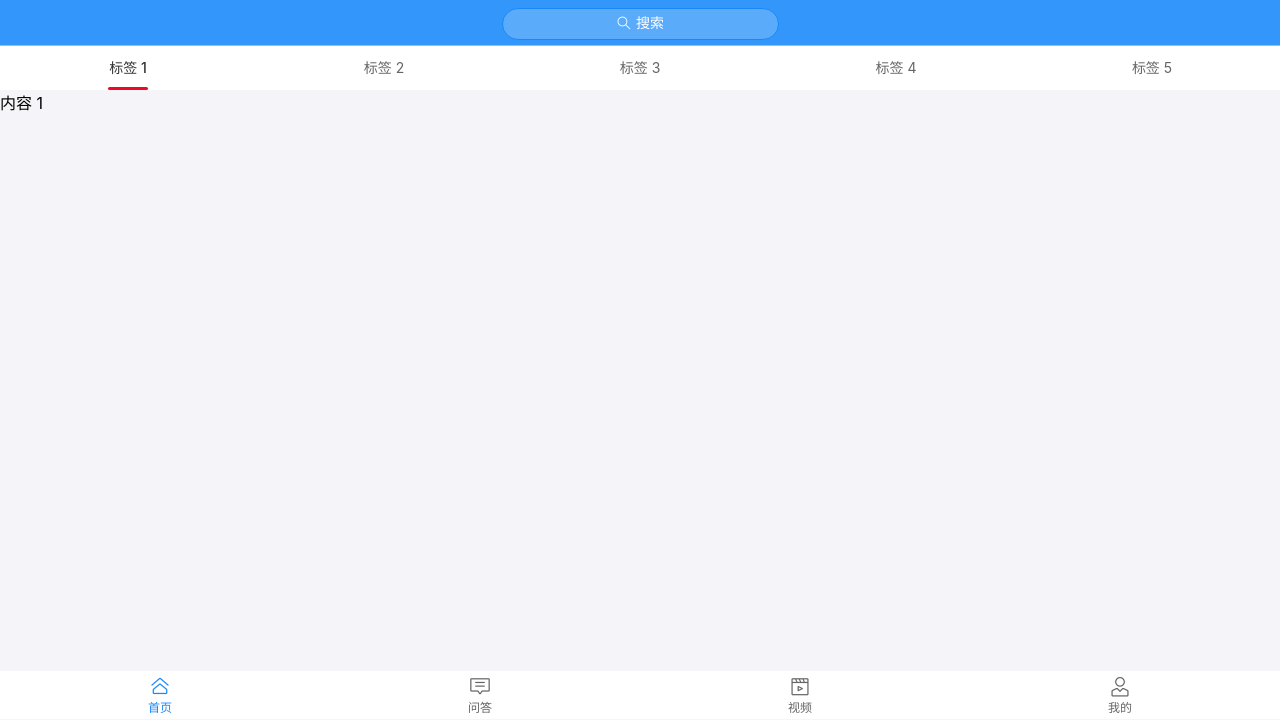
Repository: xn-lb/toutiao-mb
Page: /
An editor plug-in stored every save of this project. The page is shown before and after the next save, followed by the edit.
The browser window is 1280 px wide. The pictures show the whole page.
The project was rebuilt for these pictures with package versions that can differ from the ones it lists, and the page was loaded fresh each time. Also part of the build but not shown: vue.config.js.

Above is the page before, as saved 2023-04-08 22:04:27.

### src/main.js
import Vue from 'vue'
import App from './App.vue'
import router from './router'
import store from './store'
// 加载全局样式
import './styles/index.less'
import Vant from 'vant' //加载Vant 组件库

import 'amfe-flexible' //加载动态设置  rem 基准值

Vue.use(Vant); //注册使用组件库

import 'vant/lib/index.css' //加载全局样式

Vue.config.productionTip = false

new Vue({
    router,
    store,
    render: h => h(App)
}).$mount('#app')

### src/App.vue
<template>
  <div id="app">
  <!-- 路由的出口 -->
    <router-view></router-view>



  </div>
</template>
<script>
export default {
  name: 'APP'
}
</script>
<style lang="less">

</style>

### src/router/index.js
import Vue from 'vue'
import VueRouter from 'vue-router'



Vue.use(VueRouter)

// 路由表
const routes = [{
        path: '/login',
        name: 'LoginIndex',
        component: () =>
            import ('@/views/login')
    },
    {
        path: '/',
        component: () =>
            import ('@/views/layout/'),
        children: [{
                path: '/qa',
                name: 'qa',
                component: () =>
                    import ('@/views/qa/')
            },
            {
                path: '/video',
                name: 'video',
                component: () =>
                    import ('@/views/video/')
            },
            {
                path: '/my', //默认子路由
                name: 'my',
                component: () =>
                    import ('@/views/my/')
            },
            {
                path: '', //默认子路由
                name: 'home',
                component: () =>
                    import ('@/views/home/')
            }
        ]
    }

]

const router = new VueRouter({
    routes
})

export default router

### src/store/index.js
import { getItem, setItem } from '@/utils/strorage'
import Vue from 'vue'
import Vuex from 'vuex'

Vue.use(Vuex)

const USER_KEY = 'toutiao-user'
export default new Vuex.Store({
    // namespaced: true, //关闭命名空间
    state: {
        user: getItem(USER_KEY) //使用封装模块的方式

        //使用原型模式  =>  user: JSON.parse(window.localStorage.getItem('user')) // 存储当前登录用户的登录状态（token 等数据）
    },
    getters: {},
    mutations: {
        setUser(state, data) {
            state.user = data
                // 为了防止页面刷新数据丢失，我们还需要把数据放到本地存储中，这里仅仅是为了持久化数据

            setItem(USER_KEY, state.user) //使用封装模块的方式
                //使用原型模式  =>  window.localStorage.setItem('user', JSON.stringify(state.user))
        }
    },
    actions: {},
    modules: {}
})

### src/styles/index.less
// 全局样式文件
// 加载图标样式
@import "./icon.less";

body{
    background-color: #f5f5f9;
}
.app-nav-bar{
    background-color: #3296fa !important;
    .van-nav-bar__title{
        color: #fff;
    }
    .van-icon{
        color:#fff !important;
    }
}

### src/views/layout/index.vue
<template>
    <div class="layout-container">
         <!-- 子路由出口 -->
        <router-view />

        <!-- 底部导航栏 -->
        <van-tabbar v-model="active" route>
            <van-tabbar-item icon="home-o" to="/">首页</van-tabbar-item>
            <van-tabbar-item icon="comment-o" to="/qa">问答</van-tabbar-item>
            <van-tabbar-item icon="video-o" to="/video">视频</van-tabbar-item>
            <van-tabbar-item icon="user-o" to="/my">我的</van-tabbar-item>
        </van-tabbar>
    </div>


</template>

<script>
export default {
    name:'layoutIndex',
    components:{},
    props:{},
    data(){
        return{
            active:0
        }
    }
}
</script>

<style>

</style>

### src/views/home/index.vue
<template>
  <div class="home-container">
  <!-- 首页 -->
    <van-nav-bar class="app-nav-bar">
      <van-button
      class="search-btn"
      slot="title"
      icon="search"
      type="info"
      round
      size="small"
      >搜索</van-button>
    </van-nav-bar>

    <!-- 文章频道列表 -->
    <van-tabs v-model="active">
      <van-tab title="标签 1">内容 1</van-tab>
      <van-tab title="标签 2">内容 2</van-tab>
      <van-tab title="标签 3">内容 3</van-tab>
      <van-tab title="标签 4">内容 4</van-tab>
      <van-tab title="标签 5">内容 5</van-tab>
    </van-tabs>
  </div>

</template>

<script>
export default {
  name:'HomeIndex',
  components:{},
  props:{},
  data () {
    return{
      active: 0, //tab标签 初始标签
    }
  }
}
</script>

<style lang="less" scoped>
.home-container {
  /deep/ .van-nav-bar__title{
      max-width: none;
    }
  .search-btn{
    width: 277px;
    height: 32px;
    background: #5babfb;
    .van-button__text{
      font-size: 14px;
    }
    .van-icon{
      font-size: 16px;
    }
    }

  }
</style>

### src/utils/strorage.js
// 本地存储封装模块

// 获取
export const getItem = (name) => {
    const data = window.localStorage.getItem(name)
    try {
        // 尝试把data转为JavaScript对象
        return JSON.parse(data)
    } catch (err) {
        // data不是JSON格式字符串，直接原样返回
        return data
    }
}

// 存储
export const setItem = (name, value) => {
    // 如果value 是对象，就把value 转为JSON格式字符串再储存
    if (typeof value === 'object') {
        value = JSON.stringify(value)
    }
    window.localStorage.setItem(name, value)
}



// 删除
export const removeItem = (name) => {
    window.localStorage.removeItem(name)
}

### src/styles/icon.less
@font-face {
    font-family: "toutiao"; /* Project id 3968849 */
    src: url('//at.alicdn.com/t/c/font_3968849_y288fdc89co.eot?t=1679462277967'); /* IE9 */
    src: url('//at.alicdn.com/t/c/font_3968849_y288fdc89co.eot?t=1679462277967#iefix') format('embedded-opentype'), /* IE6-IE8 */
         url('//at.alicdn.com/t/c/font_3968849_y288fdc89co.woff2?t=1679462277967') format('woff2'),
         url('//at.alicdn.com/t/c/font_3968849_y288fdc89co.woff?t=1679462277967') format('woff'),
         url('//at.alicdn.com/t/c/font_3968849_y288fdc89co.ttf?t=1679462277967') format('truetype'),
         url('//at.alicdn.com/t/c/font_3968849_y288fdc89co.svg?t=1679462277967#toutiao') format('svg');
  }

  .toutiao {
    font-family: "toutiao" !important;
    font-size: 16px;
    font-style: normal;
    -webkit-font-smoothing: antialiased;
    -moz-osx-font-smoothing: grayscale;
  }

  .toutiao-guanbi:before {
    content: "\e601";
  }

  .toutiao-gengduo:before {
    content: "\e602";
  }

  .toutiao-pinglun:before {
    content: "\e603";
  }

  .toutiao-shanchu:before {
    content: "\e604";
  }

  .toutiao-dianzan:before {
    content: "\e605";
  }

  .toutiao-lishi:before {
    content: "\e606";
  }

  .toutiao-shipin:before {
    content: "\e607";
  }

  .toutiao-shoucang:before {
    content: "\e608";
  }

  .toutiao-yanzhengma:before {
    content: "\e609";
  }

  .toutiao-wenda:before {
    content: "\e60a";
  }

  .toutiao-fenxiang:before {
    content: "\e60b";
  }

  .toutiao-youjiantou:before {
    content: "\e60c";
  }

  .toutiao-wuwangluo:before {
    content: "\e60d";
  }

  .toutiao-shouji:before {
    content: "\e60e";
  }

  .toutiao-zuojiantou:before {
    content: "\e60f";
  }

  .toutiao-shouye:before {
    content: "\e610";
  }

  .toutiao-wode:before {
    content: "\e611";
  }

  .toutiao-sousuo:before {
    content: "\e612";
  }

  .toutiao-zuopin:before {
    content: "\e613";
  }

  .toutiao-yuedu:before {
    content: "\e614";
  }

Loaded but not shown: public/index.html (common file)

After the next save:
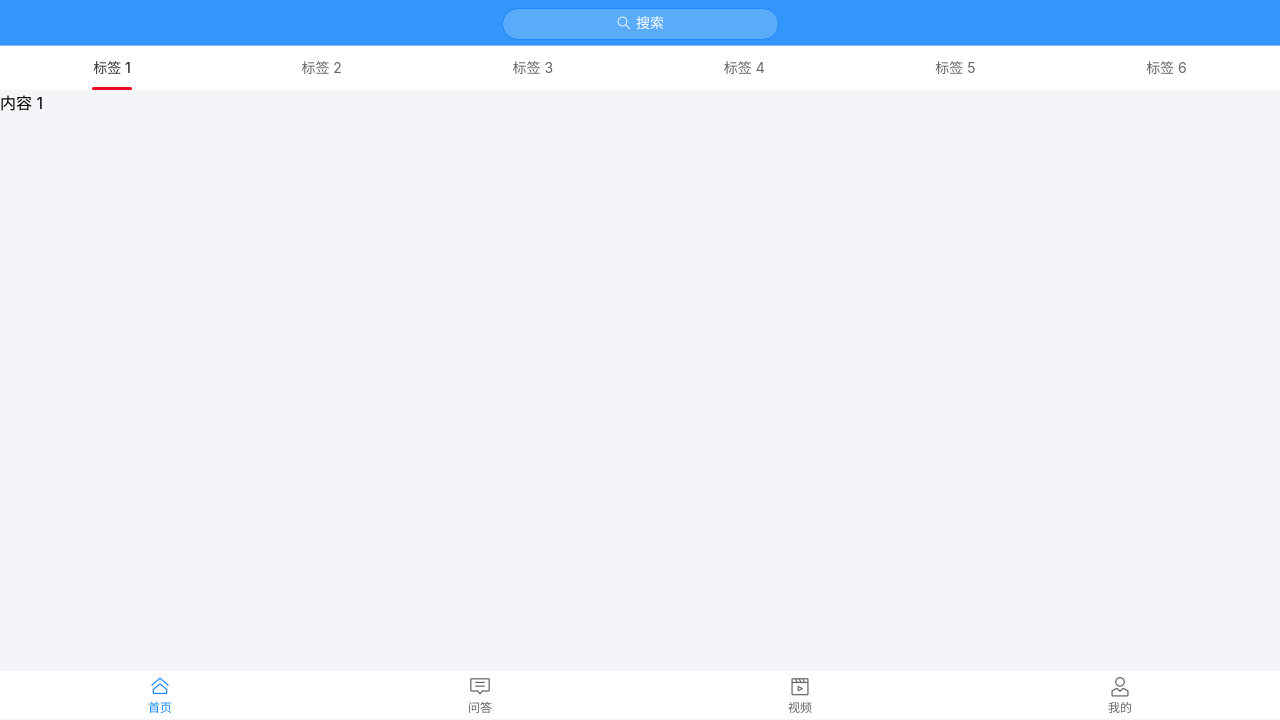
Saved 34 s later.
--- a/src/views/home/index.vue
+++ b/src/views/home/index.vue
@@ -19,6 +19,7 @@
       <van-tab title="标签 3">内容 3</van-tab>
       <van-tab title="标签 4">内容 4</van-tab>
       <van-tab title="标签 5">内容 5</van-tab>
+      <van-tab title="标签 6">内容 6</van-tab>
     </van-tabs>
   </div>
 
